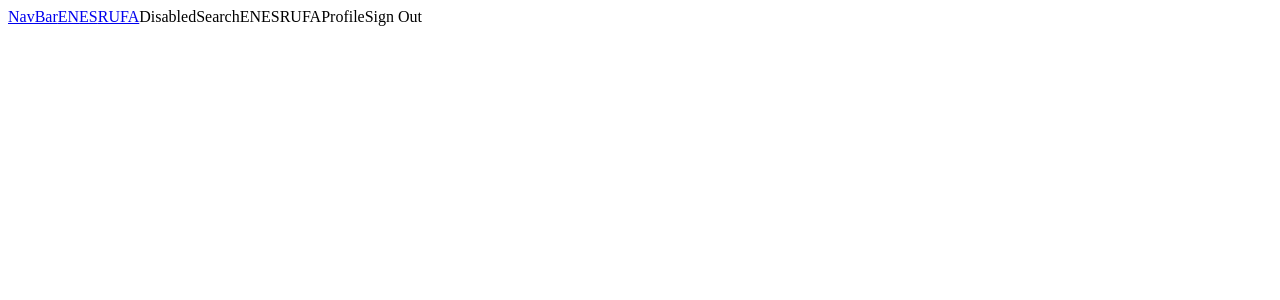
Repository: AHSANS354/ecommerce-catalog
Page: /
The author's editor kept a copy of each file at every save. The page is drawn from the files as they stood at one save, then again after the next save.
The browser window is 1280 px wide. The pictures show the whole page.
The project was rebuilt for these pictures with package versions that can differ from the ones it lists, and the page was loaded fresh each time. Also part of the build but not shown: vue.config.js.

Above is the page before, as saved 2023-03-01 15:35:43.

After the next save:
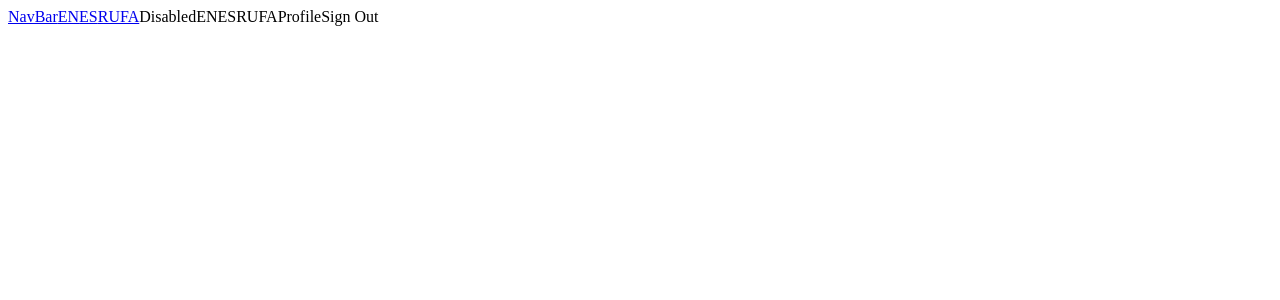
Saved 25 s later.
--- a/src/components/NavbarView.vue
+++ b/src/components/NavbarView.vue
@@ -18,17 +18,6 @@
 
         <!-- Right aligned nav items -->
         <b-navbar-nav class="ml-auto">
-          <b-nav-form>
-            <b-form-input
-              size="sm"
-              class="mr-sm-2"
-              placeholder="Search"
-            ></b-form-input>
-            <b-button size="sm" class="my-2 my-sm-0" type="submit"
-              >Search</b-button
-            >
-          </b-nav-form>
-
           <b-nav-item-dropdown text="Lang" right>
             <b-dropdown-item href="#">EN</b-dropdown-item>
             <b-dropdown-item href="#">ES</b-dropdown-item>
